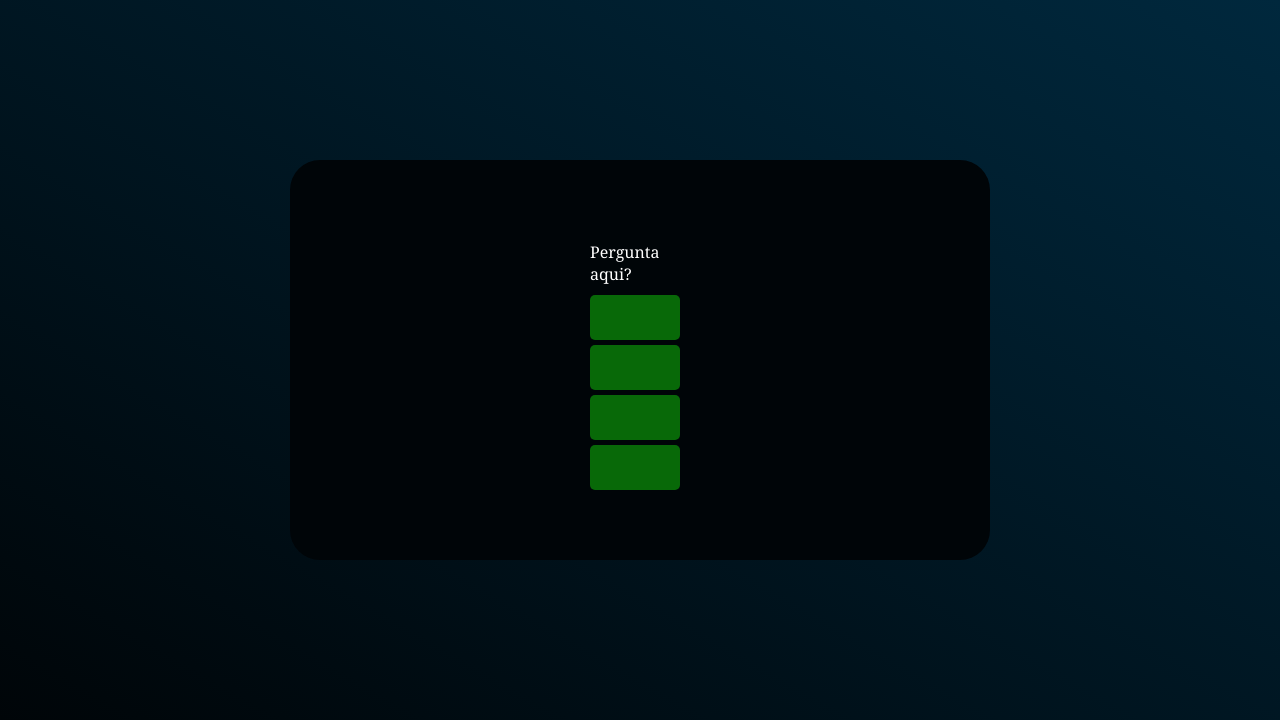
Repository: LaisSilvaO/Projeto-Quizz
Page: telas/index.html
An editor plug-in stored every save of this project. The page is shown before and after the next save, followed by the edit.
The browser window is 1280 px wide. The pictures show the whole page.

Above is the page before, as saved 2024-12-26 10:38:56.

After the next save:
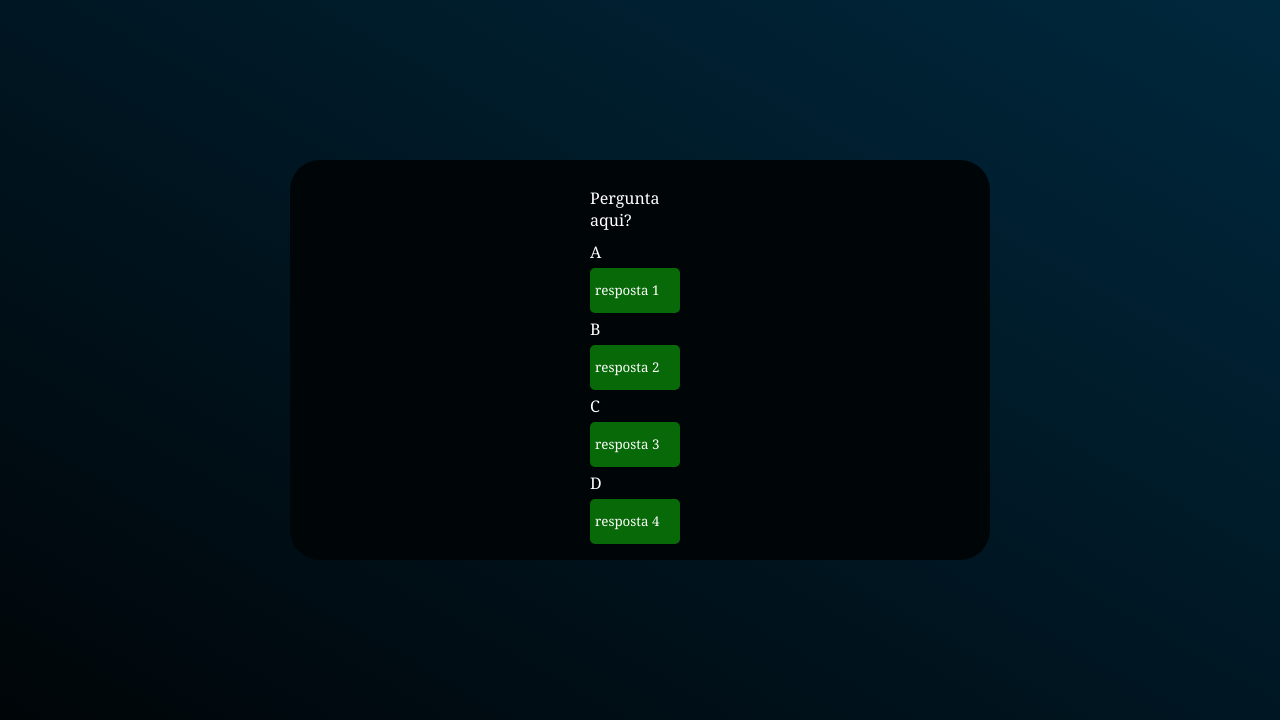
Saved 46 s later.
--- a/telas/index.html
+++ b/telas/index.html
@@ -16,10 +16,10 @@
                 <span class="qtddquestao"></span>
                 <span class="questao">Pergunta aqui?</span>
                 <div class="resposta">
-                   <button class="respbotao"></button>
-                   <button class="respbotao"></button>
-                   <button class="respbotao"></button>
-                   <button class="respbotao"></button>
+                   A<button class="respbotao">resposta 1</button>
+                   B<button class="respbotao">resposta 2</button>
+                   C<button class="respbotao">resposta 3</button>
+                   D<button class="respbotao">resposta 4</button>
                 </div>
             </div>
             <div class="final">
